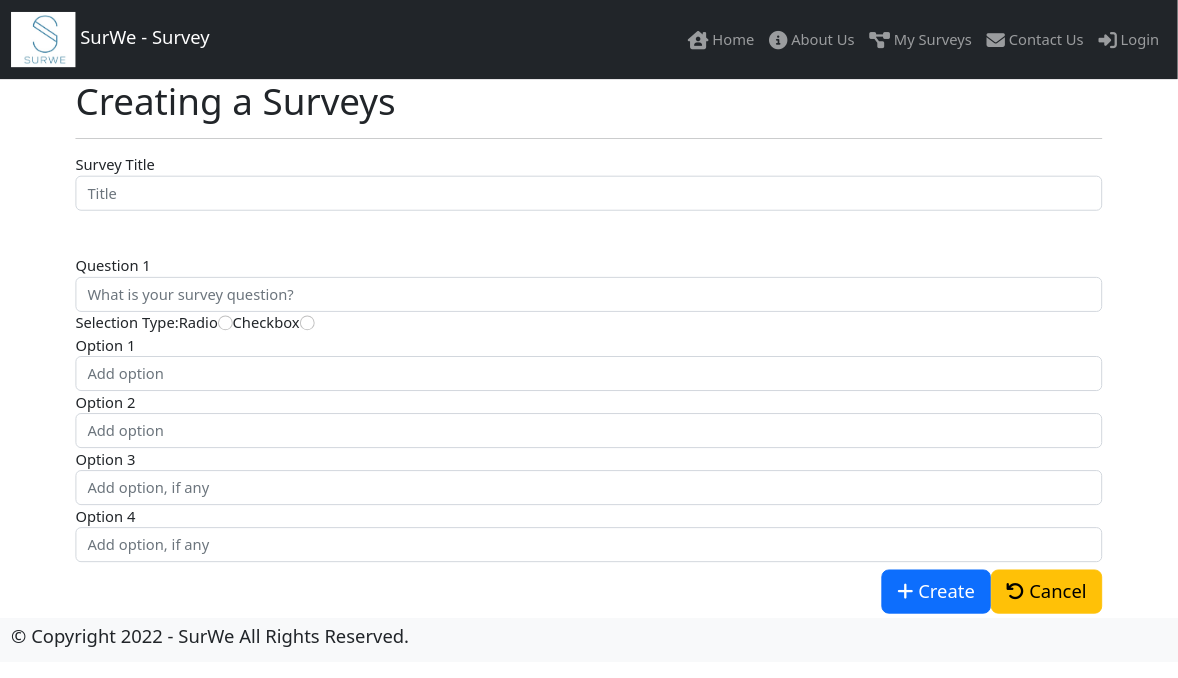
Repository: ryanchandata/comp229-m2022-group6-frontend
Page: /add
An editor plug-in stored every save of this project. The page is shown before and after the next save, followed by the edit.
The browser window is 1280 px wide. The pictures show the whole page, at 92% of full size.
The project was rebuilt for these pictures with package versions that can differ from the ones it lists, and the page was loaded fresh each time. Also part of the build but not shown: src/content/home.tsx, src/content/about.tsx, src/content/contact.tsx, src/survey-list/landing.tsx, src/survey-list/edit.tsx, src/content/PageNotFound.tsx, src/authentication/login.tsx, src/authentication/logout.tsx and 1 more.

Above is the page before, as saved 2022-07-29 21:28:52.

### public/index.html
<!DOCTYPE html>
<html lang="en">
  <head>
    <meta charset="utf-8" />
    <link rel="icon" href="%PUBLIC_URL%/favicon.ico" />
    <meta name="viewport" content="width=device-width, initial-scale=1" />
    <meta name="theme-color" content="#000000" />
    <meta
      name="description"
      content="Web site created using create-react-app"
    />
    <link rel="apple-touch-icon" href="%PUBLIC_URL%/logo192.png" />
    <!--
      manifest.json provides metadata used when your web app is installed on a
      user's mobile device or desktop. See https://developers.google.com/web/fundamentals/web-app-manifest/
    -->
    <link rel="manifest" href="%PUBLIC_URL%/manifest.json" />
    <!--
      Notice the use of %PUBLIC_URL% in the tags above.
      It will be replaced with the URL of the `public` folder during the build.
      Only files inside the `public` folder can be referenced from the HTML.

      Unlike "/favicon.ico" or "favicon.ico", "%PUBLIC_URL%/favicon.ico" will
      work correctly both with client-side routing and a non-root public URL.
      Learn how to configure a non-root public URL by running `npm run build`.
    -->
    <title>COMP 229</title>
  </head>
  <body>
    <noscript>You need to enable JavaScript to run this app.</noscript>
    <div id="root"></div>
    <!--
      This HTML file is a template.
      If you open it directly in the browser, you will see an empty page.

      You can add webfonts, meta tags, or analytics to this file.
      The build step will place the bundled scripts into the <body> tag.

      To begin the development, run `npm start` or `yarn start`.
      To create a production bundle, use `npm run build` or `yarn build`.
    -->
  </body>
</html>

### src/App.tsx
import { BrowserRouter, Route, Routes } from 'react-router-dom';

// Common Components
import Header from './components/header';
import Footer from './components/footer';

// Content Components
import Home from './content/home';
import About from './content/about';
import Contact from './content/contact';
import Survey from './survey-list/landing';
import Add from './survey-list/add';
import Edit from './survey-list/edit';
import PageNotFound from './content/PageNotFound';

// Authentication Components
import Login from './authentication/login';
import Logout from './authentication/logout';
import Register from './authentication/register';

// Styles and Fonts
import 'bootstrap/dist/css/bootstrap.min.css';
import '@fortawesome/fontawesome-free/css/all.min.css';
import './App.css';

function App() {

  return (
    <div className="App">
      <BrowserRouter>
        <Header></Header>

        {/* Client-Side Routing */}
        <Routes>
          <Route path="/" element={<Home />} />
          <Route path="/home" element={<Home />} />
          <Route path="/about" element={<About />} />
          <Route path="/contact" element={<Contact />} />
          <Route path="/survey" element={<Survey />} />
          <Route path="/add" element={<Add />} />
          <Route path="/edit" element={<Edit />} />
          <Route path="*" element={<PageNotFound />} />
          <Route path="/login" element={<Login />} />
          <Route path="/logout" element={<Logout />} />
          <Route path="/register" element={<Register />} />
        </Routes>

        <Footer></Footer>
      </BrowserRouter>
    </div>
  );
}

export default App;

### src/components/header.tsx
import React, { useEffect, useState } from 'react';
import { NavLink } from 'react-router-dom';
import logo from './team_logo.jpg';
import AuthService from '../services/auth-service';

console.log(logo);

function Header()
{
  const [ isLoggedIn, setIsLoggedIn ] = useState(false);

  useEffect(()=>{
    setIsLoggedIn(AuthService.getCurrentUser());
  }, []);

  function toggleLogin()
  {
    if(isLoggedIn)
    {
      return(
        <li className='nav-item'>
          <NavLink to={"/logout"} className='nav-link' aria-current="page"><i className="fa-solid fa-right-from-bracket fa-lg"></i> Logout</NavLink>
        </li>
      );
    }
    else
    {
      return(
        <li className="nav-item">
            <NavLink to={"/login"} className="nav-link" aria-current="page" ><i className="fa-solid fa-right-to-bracket fa-lg"></i> Login</NavLink>
          </li>
      );
    }
  }


    return (
        <nav className="navbar navbar-expand-lg navbar-dark bg-dark">
    <div className="container-fluid">
      <NavLink to={"/"} className="navbar-brand"><img src={logo} alt="Logo" height={60} width={70} /> SurWe - Survey</NavLink>
      <button className="navbar-toggler" type="button" data-bs-toggle="collapse" data-bs-target="#navbarSupportedContent" aria-controls="navbarSupportedContent" aria-expanded="false" aria-label="Toggle navigation">
        <span className="navbar-toggler-icon"></span>
      </button>
      <div className="collapse navbar-collapse" id="navbarSupportedContent">
        <ul className="navbar-nav ms-auto mb-2 mb-lg-0">
          <li className="nav-item">
            <NavLink to={"/home"} className="nav-link" aria-current="page"><i className="fa-solid fa-house-chimney-user fa-lg"></i> Home</NavLink>
          </li>
          <li className="nav-item">
            <NavLink to={"/about"} className="nav-link" aria-current="page"><i className="fa-solid fa-circle-info fa-lg"></i> About Us</NavLink>
          </li>
          <li className="nav-item">
            <NavLink to={"/survey"} className="nav-link" aria-current="page"><i className="fa-solid fa-diagram-project fa-lg"></i> My Surveys</NavLink>
          </li>
          <li className="nav-item">
            <NavLink to={"/contact"} className="nav-link" aria-current="page"><i className="fa-solid fa-envelope fa-lg"></i> Contact Us</NavLink>
          </li>

          { toggleLogin() }

        </ul>
      </div>
    </div>
  </nav>
    )
}

export default Header;

### src/components/footer.tsx
import React from 'react';

// Footer Component
function Footer()
{
    function getDate(): number
    {
      let date = new Date();
      return date.getFullYear();
    }
    return(
        <nav className="navbar fixed-bottom bg-light">
          <div className="container-fluid">
          <h5 id="copyright">&copy; Copyright { getDate()} - SurWe All Rights Reserved.</h5>
         </div>
        </nav>
    );
}

export default Footer;

### src/survey-list/add.tsx
import React, { ChangeEvent, useEffect, useState } from 'react';
import { Link, useNavigate } from 'react-router-dom';
import SurveyService from '../services/survey-service';
import SurveyModel from '../models/Survey';

function Add()
{
    const [ name, setName ] = useState('');
    // const [ responses, setResponses ] = useState('');
    const [ title, setTitle ] = useState('');
    const [ optionType, setOptionType ] = useState('');
    const [ details, setDetails ] = useState('');
    const navigate = useNavigate(); // alias

    useEffect(()=>{
        document.title = "Creating Surveys";
    });

    function handleCreate(event: any)
    {
        event.preventDefault();
        const SurveyData: SurveyModel =
        {
            name: name,
            response: responses
        }

        SurveyService.add(SurveyData.name, SurveyData.responses)
        .then(() =>{
            navigate('/add');
        }, error =>{
            // TODO: Needs Flash Messaging
            window.location.reload();
        });
    }

    function onChangeName(event: ChangeEvent<HTMLInputElement>)
    {
        setName(event.target.value);
    }

    function onChangeTitle(event: ChangeEvent<HTMLInputElement>)
    {
        setTitle(event.target.value);
    }

    function onChangeOptionType(event: ChangeEvent<HTMLInputElement>)
    {
        setOptionType(event.target.value);
    }

    function onChangeDetails(event: ChangeEvent<HTMLInputElement>)
    {
        setDetails(event.target.value);
    }

    return(
        <div className="container">
            <h1>Creating a Surveys</h1>
            <hr />
            <form onSubmit = { handleCreate } className="form" method="post">
                <div className="form-group">
                    <label htmlFor="title">Survey Title</label>
                    <input type="text" className="form-control" placeholder="Title" id="name" name="name" value = { name } onChange = { onChangeName }  required></input><br /><br />
                    <label htmlFor="name">Question 1</label>
                    <input type="text" className="form-control" placeholder="What is your survey question?" id="question1" value = { title } onChange = { onChangeTitle } required></input>
                    <label htmlFor="optionType">Selection Type:</label>
                    <label htmlFor="optionType">Radio
                    <input type="radio" className="form-check-input" id="optionType1" name="optionType1" value="radio" onChange = { onChangeOptionType } required></input>
                    </label>
                    <label htmlFor="optionType">Checkbox
                    <input type="radio" className="form-check-input" id="optionType1" name="optionType1" value="checkbox" onChange = { onChangeOptionType } required></input>
                    </label><br />
                    <label htmlFor="option1">Option 1</label>
                    <input type="text" className="form-control" placeholder="Add option" id="options1" name="options1" value = { details } onChange = { onChangeDetails } required></input>
                    <label htmlFor="option2">Option 2</label>
                    <input type="text" className="form-control" placeholder="Add option" id="options2" name="options2" value = { details } onChange = { onChangeDetails } required></input>
                    <label htmlFor="option3">Option 3</label>
                    <input type="text" className="form-control" placeholder="Add option, if any" id="options3" name="options3" value = { details } onChange = { onChangeDetails } ></input>
                    <label htmlFor="option4">Option 4</label>
                    <input type="text" className="form-control" placeholder="Add option, if any" id="options4" name="options4" value = { details } onChange = { onChangeDetails } ></input>
                </div>
                <div className="text-end mt-2">
                        <button id="submitButton" type="submit" className="btn btn-primary btn-lg"><i className="fa-solid fa-plus"></i> Create</button>
                        <Link to= {"/home"} className="link"><button id="cancelButton" type="reset" className="btn btn-warning btn-lg">
                            <i className="fas fa-undo"></i> Cancel</button></Link>
                        </div>
            </form>
        </div>
    );
}

export default Add;

### src/App.css
/* Custom CSS goes here */
body {
    padding-bottom: 70px;
  }

  .input-group-addon:first-child
  {
      border-right: 0;
  }

  .input-group-addon
  {
      padding: 6px 12px;
      font-size: 14px;
      font-weight: 400;
      line-height: 1;
      text-align: center;
      border: 1px solid darkgrey;
      border-radius: 4px;
  }

  .input-group-addon .fa
  {
      font-size: 18px;
  }

  .input-group .form-control
  {
      position:relative;
      z-index: 2;
      float:left;
      margin-bottom: 0;
  }

  .input-group .form-control:last-child
  {
      border-top-left-radius: 0;
      border-bottom-left-radius: 0;
  }



  .login
  {
      padding: 2rem 1rem;
      margin-bottom: 2rem;
      background-color: lightgrey;
      border-radius: .3rem;
  }

  .login input
  {
      background-color: white;
      border-color: darkgrey;
      border-radius: .4em;
      width: 100%;
  }

  .edit-task
  {
      position: relative;
      top: -31px;
      display: none;
  }

  .nav {
      background-color: #ffffff;
      color: #000000;
      list-style: none;
      text-align: right;
      padding: 20px 0 20px;
  }

  .nav > li {
      margin-left: 100px;
      padding: 12px 0 0 5px;
      font-size: 12px;
  }

  .nav > li > a {
      text-decoration: none;
      color: #000000;
  }

  .coname {
      color: #000000;
      float: left;
      padding-left: 25px;
      font-size: 16px;
      font-weight: bold;
  }

### src/services/auth-service.tsx
import http from '../components/http-common';

class AuthService
{
    public login(username: string, password: string)
    {
        return http.post('/login', {username, password})
        .then(response => {
            if(response.data.token)
            {
                localStorage.setItem("user", JSON.stringify(response.data));
            }
            return response.data;
        });
    }

    public logout()
    {
        localStorage.removeItem("user");
    }

    public register(username: string, password: string, firstName: string, lastName: string, emailAddress: string)
    {
        return http.post('register', { username, password, firstName, lastName, emailAddress });
    }

    getCurrentUser()
    {
        const userString = localStorage.getItem("survey") as string;
        if (userString)
        {
            return JSON.parse(userString);
        }
        return false;
    }
}

export default new AuthService();

### src/services/survey-service.tsx
import http from '../components/http-common';

class SurveyService
{
    public add(name: string, responses: Number, title: string, optionType: string, details: string)
    {
        return http.post('add', { name, responses, title, optionType, details });
    }

    getExistingSurvey()
    {
        const surveyString = localStorage.getItem("survey") as string;
        if (surveyString)
        {
            return JSON.parse(surveyString);
        }
        return false;
    }

}

export default new SurveyService();

### src/components/http-common.tsx
import axios from 'axios';
export default axios.create({
    baseURL: "https://comp229-m2022-group6-backend.herokuapp.com/api",
    // baseURL: "http://localhost:3500/api"
    headers: {
        "Content-type": "application/json"
    }
});

Loaded but not shown: src/index.tsx (common file); src/index.css (common file); src/reportWebVitals.ts (common file)

After the next save:
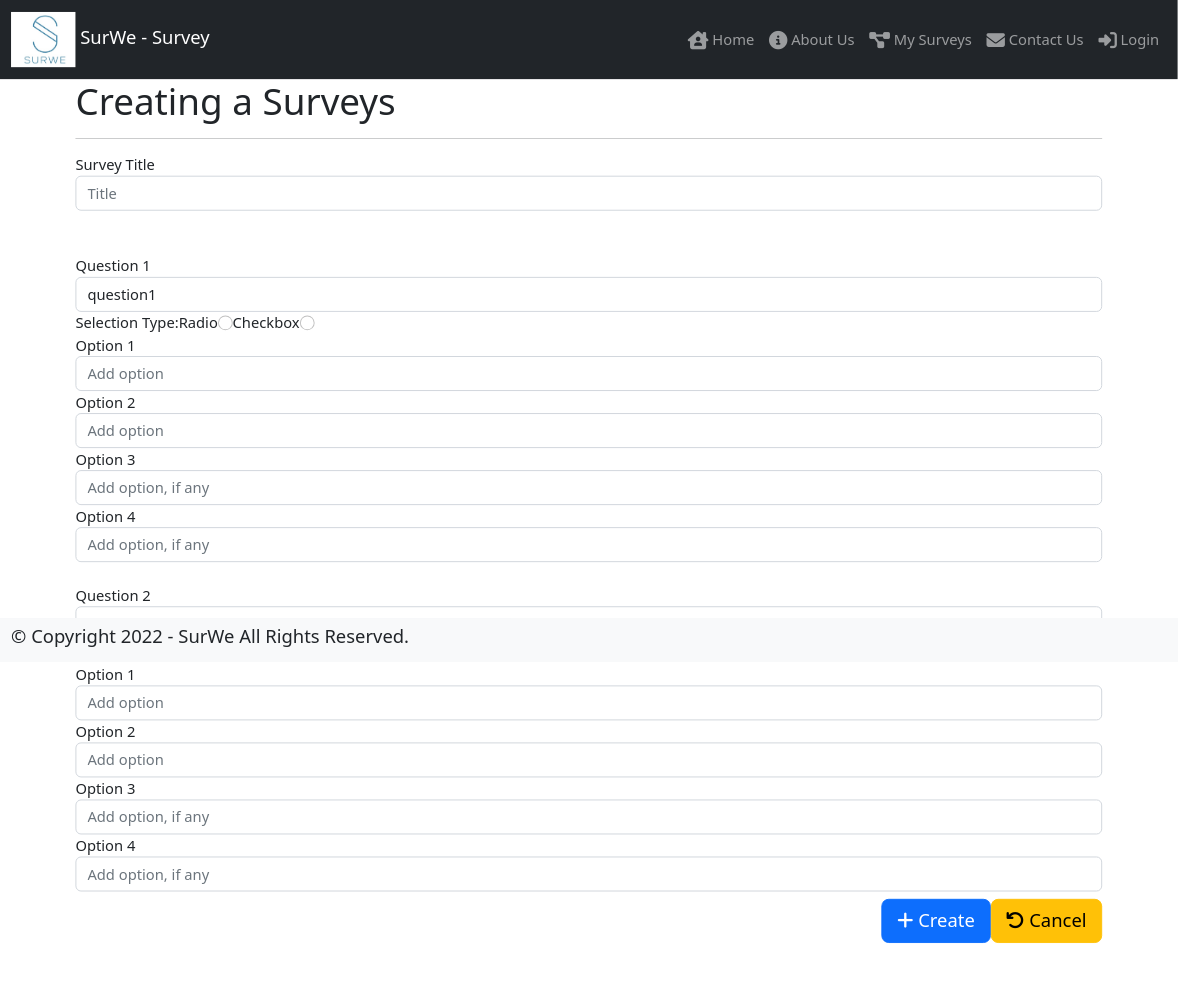
Saved 13 min 13 s later.
--- a/src/survey-list/add.tsx
+++ b/src/survey-list/add.tsx
@@ -19,13 +19,37 @@ function Add()
     function handleCreate(event: any)
     {
         event.preventDefault();
+
+        const questionsTitles = [question1, question2]
+        const optionDetails = [options1, options2, options3, options4][options5, options6, options7, options8]
+        const optionType = [optionType1, optionType2]
+        const optionsArray = []
+        const questionsArray = []
+
+        for (let i = 0; i < questionsTitles.length; i++)
+        {
+            for (let j = 0; j < 4; j++)
+            {
+                optionsArray.push({
+                    details: optionDetails[i][j]
+                })
+            }
+            questionsArray.push({
+                title: questionsTitles[i],
+                optionType: optionType[i],
+                options: optionsArray
+            })
+        }
+
+
         const SurveyData: SurveyModel =
         {
             name: name,
-            response: responses
+            response: responses,
+            questions: questionsArray
         }
 
-        SurveyService.add(SurveyData.name, SurveyData.responses)
+        SurveyService.add(SurveyData.name, SurveyData.responses, SurveyData.title, SurveyData.optionType, SurveyData.details)
         .then(() =>{
             navigate('/add');
         }, error =>{
@@ -63,7 +87,7 @@ function Add()
                     <label htmlFor="title">Survey Title</label>
                     <input type="text" className="form-control" placeholder="Title" id="name" name="name" value = { name } onChange = { onChangeName }  required></input><br /><br />
                     <label htmlFor="name">Question 1</label>
-                    <input type="text" className="form-control" placeholder="What is your survey question?" id="question1" value = { title } onChange = { onChangeTitle } required></input>
+                    <input type="text" className="form-control" placeholder="What is your survey question?" id="question1" value ="question1" onChange = { onChangeTitle } required></input>
                     <label htmlFor="optionType">Selection Type:</label>
                     <label htmlFor="optionType">Radio
                     <input type="radio" className="form-check-input" id="optionType1" name="optionType1" value="radio" onChange = { onChangeOptionType } required></input>
@@ -79,7 +103,26 @@ function Add()
                     <input type="text" className="form-control" placeholder="Add option, if any" id="options3" name="options3" value = { details } onChange = { onChangeDetails } ></input>
                     <label htmlFor="option4">Option 4</label>
                     <input type="text" className="form-control" placeholder="Add option, if any" id="options4" name="options4" value = { details } onChange = { onChangeDetails } ></input>
+                <br></br>
+                <label htmlFor="name">Question 2</label>
+                    <input type="text" className="form-control" placeholder="What is your survey question?" id="question1" value ="question2" onChange = { onChangeTitle } required></input>
+                    <label htmlFor="optionType">Selection Type:</label>
+                    <label htmlFor="optionType">Radio
+                    <input type="radio" className="form-check-input" id="optionType1" name="optionType1" value="radio" onChange = { onChangeOptionType } required></input>
+                    </label>
+                    <label htmlFor="optionType">Checkbox
+                    <input type="radio" className="form-check-input" id="optionType1" name="optionType1" value="checkbox" onChange = { onChangeOptionType } required></input>
+                    </label><br />
+                    <label htmlFor="option1">Option 1</label>
+                    <input type="text" className="form-control" placeholder="Add option" id="options1" name="options5" value = { details } onChange = { onChangeDetails } required></input>
+                    <label htmlFor="option2">Option 2</label>
+                    <input type="text" className="form-control" placeholder="Add option" id="options2" name="options6" value = { details } onChange = { onChangeDetails } required></input>
+                    <label htmlFor="option3">Option 3</label>
+                    <input type="text" className="form-control" placeholder="Add option, if any" id="options3" name="options7" value = { details } onChange = { onChangeDetails } ></input>
+                    <label htmlFor="option4">Option 4</label>
+                    <input type="text" className="form-control" placeholder="Add option, if any" id="options4" name="options8" value = { details } onChange = { onChangeDetails } ></input>
                 </div>
+
                 <div className="text-end mt-2">
                         <button id="submitButton" type="submit" className="btn btn-primary btn-lg"><i className="fa-solid fa-plus"></i> Create</button>
                         <Link to= {"/home"} className="link"><button id="cancelButton" type="reset" className="btn btn-warning btn-lg">
